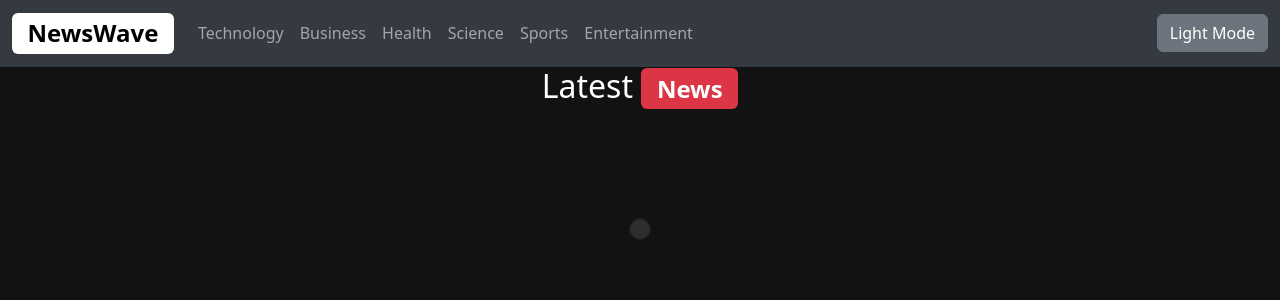
Repository: PranjalTripathi2003/news-wave
Page: /, after clicking the first element matching `button.btn`
An editor plug-in stored every save of this project. The page is shown before and after the next save, followed by the edit.
The browser window is 1280 px wide. The pictures show the whole page.
The page's requests for data from a server got no answer. The project was rebuilt for these pictures with package versions that can differ from the ones it lists, and the page was loaded fresh each time. No one was signed in, and anything a server would have sent is missing. Also part of the build but not shown: vite.config.js, src/styles/NewsItem.css, src/components/NewsItem.jsx.

Above is the page before, as saved 2024-07-26 11:28:59.

After the next save:
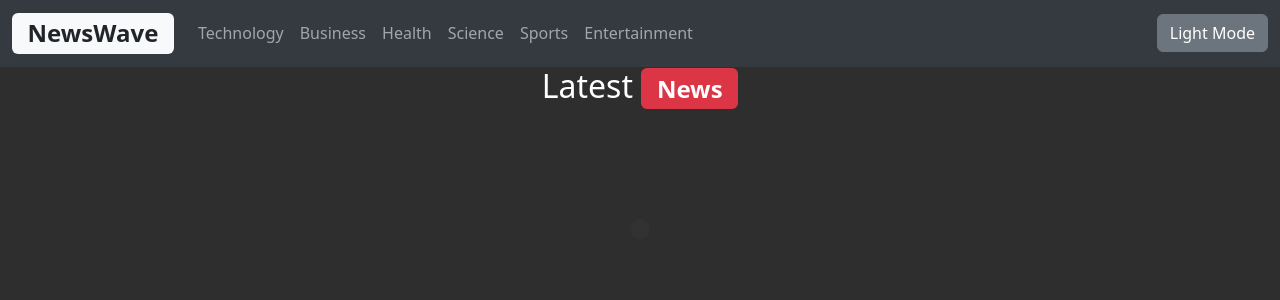
Saved 11 s later.
--- a/src/styles/DarkMode.css
+++ b/src/styles/DarkMode.css
@@ -1,6 +1,6 @@
 /* DarkMode.css */
 body.dark-mode {
-  background-color: #121212;
+  background-color: #2E2E2E; /* Graying dark background */
   color: #ffffff;
 }
 
@@ -24,11 +24,3 @@ body.light-mode {
 .text-light {
   color: #ffffff !important;
 }
-
-.bg-light {
-  background-color: #ffffff !important;
-}
-
-.text-dark {
-  color: #000000 !important;
-}
